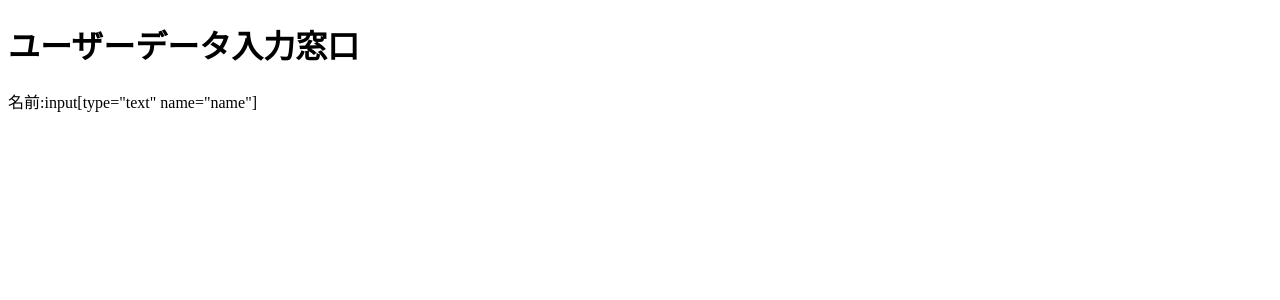
Repository: isopets/next-market
Page: form2.html
An editor plug-in stored every save of this project. The page is shown before and after a run of saves, followed by the edit.
The browser window is 1280 px wide. The pictures show the whole page.

Above is the page before, as saved 2022-06-08 00:48:26.

After the next 2 saves:
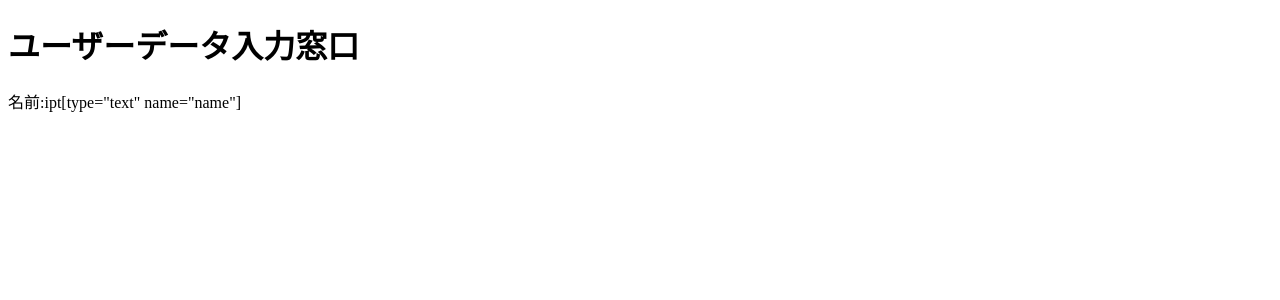
The 2 saves are shown as one change because they came seconds apart.
The last was saved 16 s later.
--- a/form2.html
+++ b/form2.html
@@ -11,7 +11,7 @@
 <body>
     <h1>ユーザーデータ入力窓口</h1>
     <form action="http://localhost:3000/api/user/register" method="POST">
-        名前:input[type="text" name="name"]
+        名前:ipt[type="text" name="name"]
     </form>
 </body>
 
